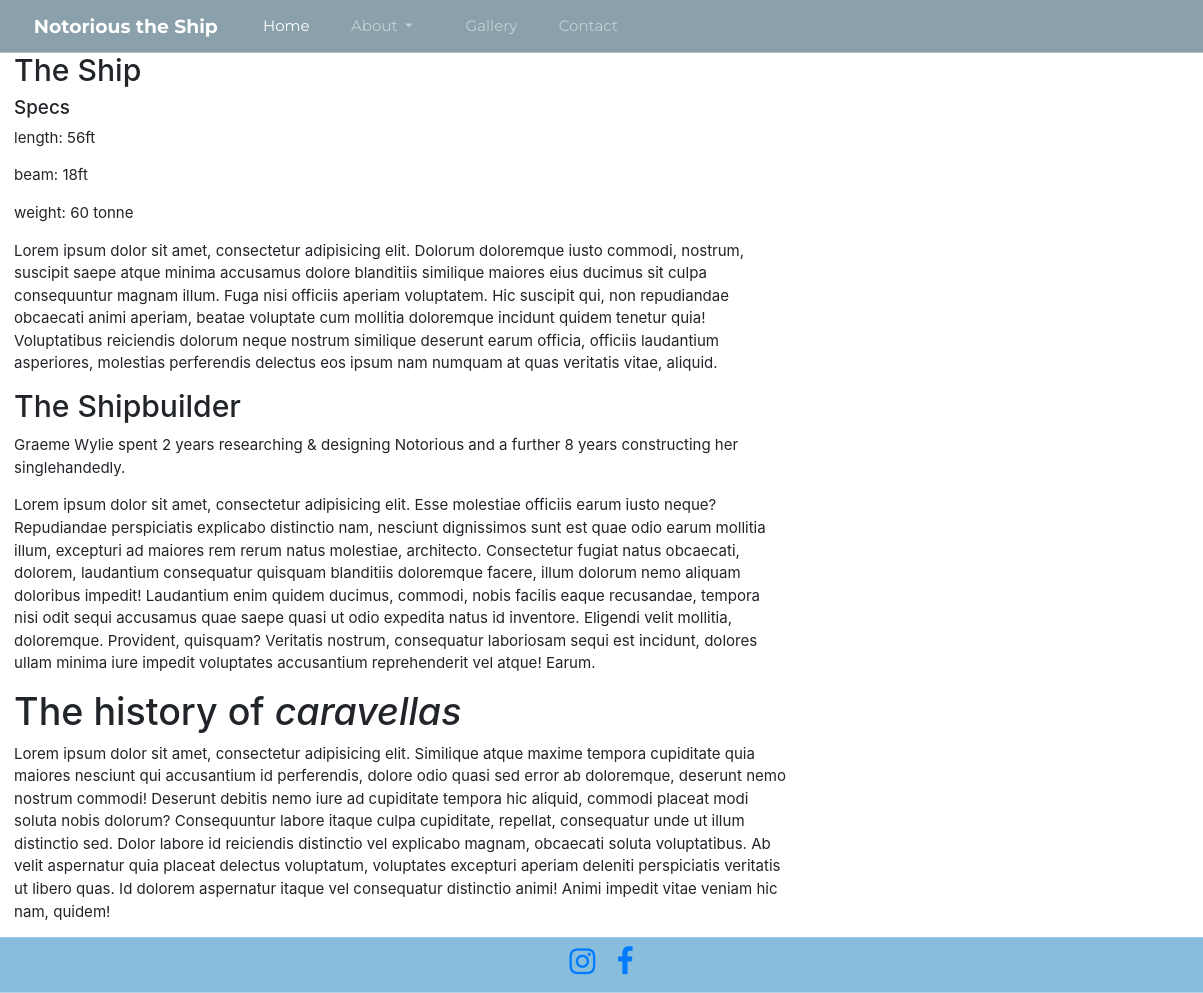
Repository: TSRose/NotorioustheShip
Page: about.html
The author's editor kept a record of every edit. The page is drawn from the files as they stood at one moment, then again after the next edit.
The browser window is 1280 px wide. The pictures show the whole page, at 94% of full size.

Above is the page before.

After the next edit:
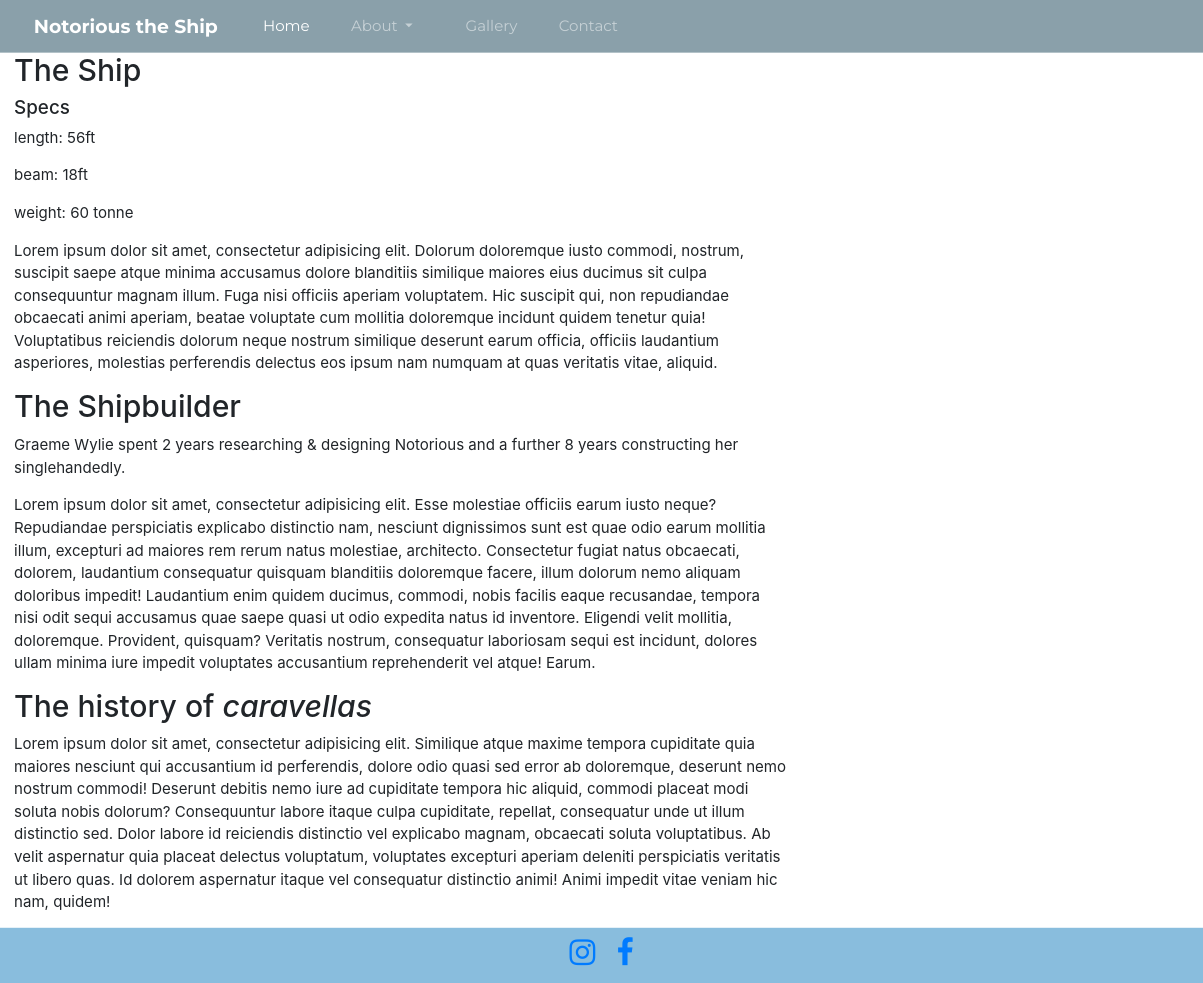
The edit:
--- a/about.html
+++ b/about.html
@@ -69,7 +69,7 @@
             <div class="row">
                 <div class="col-8">
                     <div class="thehistory">
-                        <h1>The history of <em>caravellas</em></h1>
+                        <h2>The history of <em>caravellas</em></h2>
                         <p>Lorem ipsum dolor sit amet, consectetur adipisicing elit. Similique atque maxime tempora cupiditate quia maiores nesciunt qui accusantium id perferendis, dolore odio quasi sed error ab doloremque, deserunt nemo nostrum commodi!
                             Deserunt debitis nemo iure ad cupiditate tempora hic aliquid, commodi placeat modi soluta nobis dolorum? Consequuntur labore itaque culpa cupiditate, repellat, consequatur unde ut illum distinctio sed. Dolor labore id reiciendis
                             distinctio vel explicabo magnam, obcaecati soluta voluptatibus. Ab velit aspernatur quia placeat delectus voluptatum, voluptates excepturi aperiam deleniti perspiciatis veritatis ut libero quas. Id dolorem aspernatur itaque
